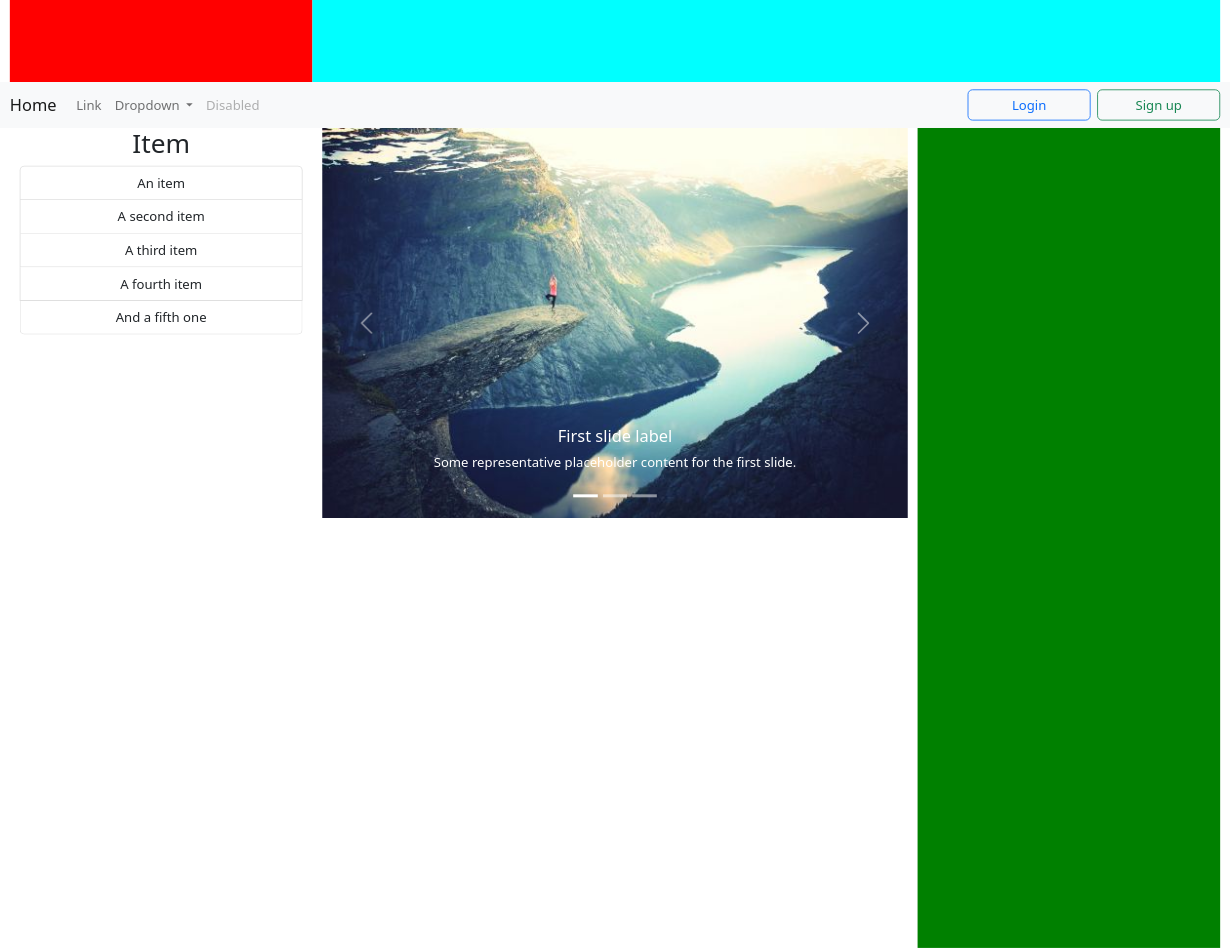
Repository: nguyenhung50497/MD2_bootstrap
Page: BT_giaoDienWeb/index.html
The author's editor kept a copy of each file at every save. The page is drawn from the files as they stood at one save, then again after a run of saves.
The browser window is 1280 px wide. The page is 1500 px wide, so the pictures cover 1500 px, including what lies to the right of the window. The pictures show the whole page, at 82% of full size.

Above is the page before, as saved 2022-11-30 14:00:55.

After the next 3 saves:
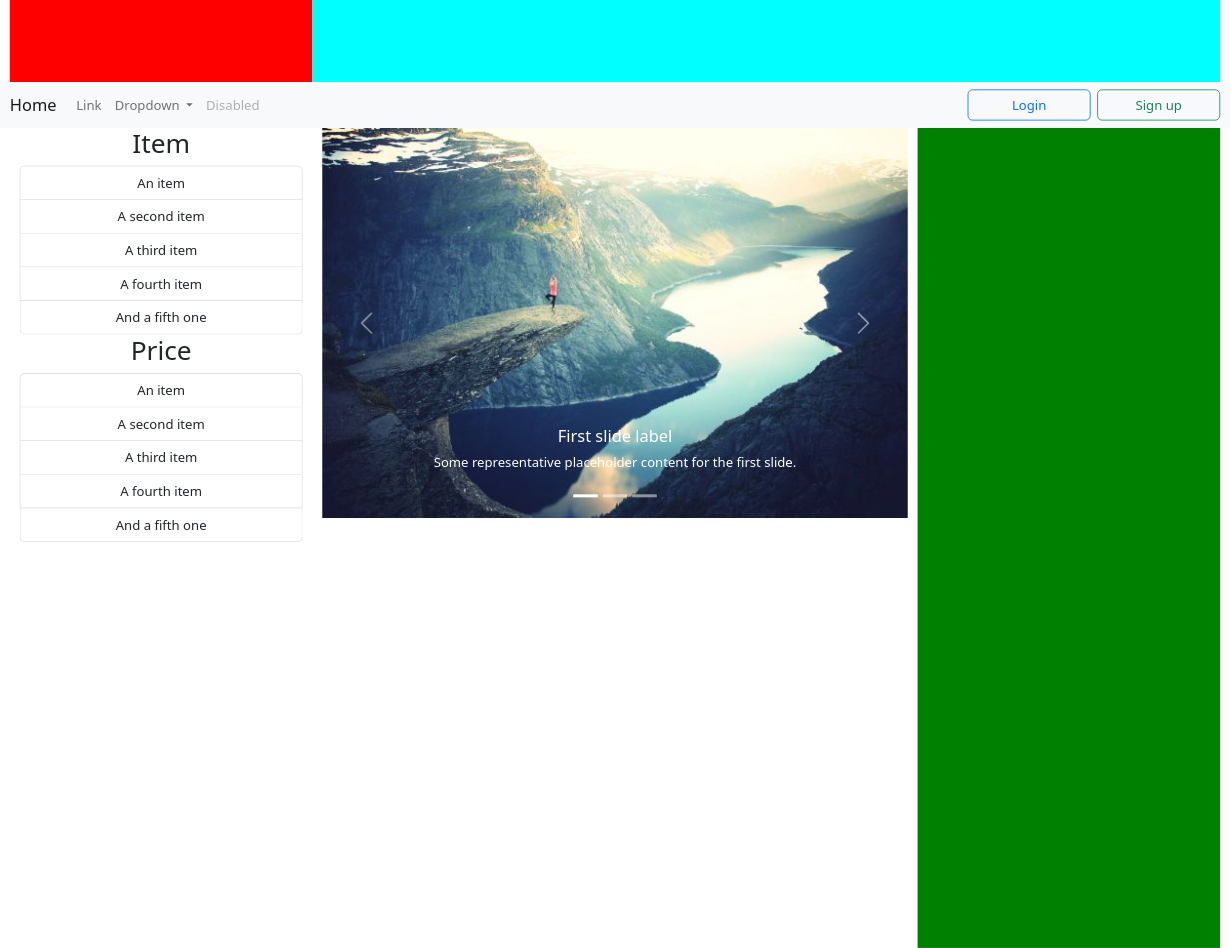
The 3 saves are shown as one change because they came seconds apart.
The last was saved 10 s later.
--- a/BT_giaoDienWeb/index.html
+++ b/BT_giaoDienWeb/index.html
@@ -76,7 +76,14 @@
                 <li class="list-group-item">A fourth item</li>
                 <li class="list-group-item">And a fifth one</li>
             </ul>
-            <h2></h2>
+            <h2>Price</h2>
+            <ul class="list-group">
+                <li class="list-group-item">An item</li>
+                <li class="list-group-item">A second item</li>
+                <li class="list-group-item">A third item</li>
+                <li class="list-group-item">A fourth item</li>
+                <li class="list-group-item">And a fifth one</li>
+              </ul>
         </aside>
         <section class="col-lg-6 content">
             <div id="carouselExampleCaptions" class="carousel slide" data-bs-ride="false">
